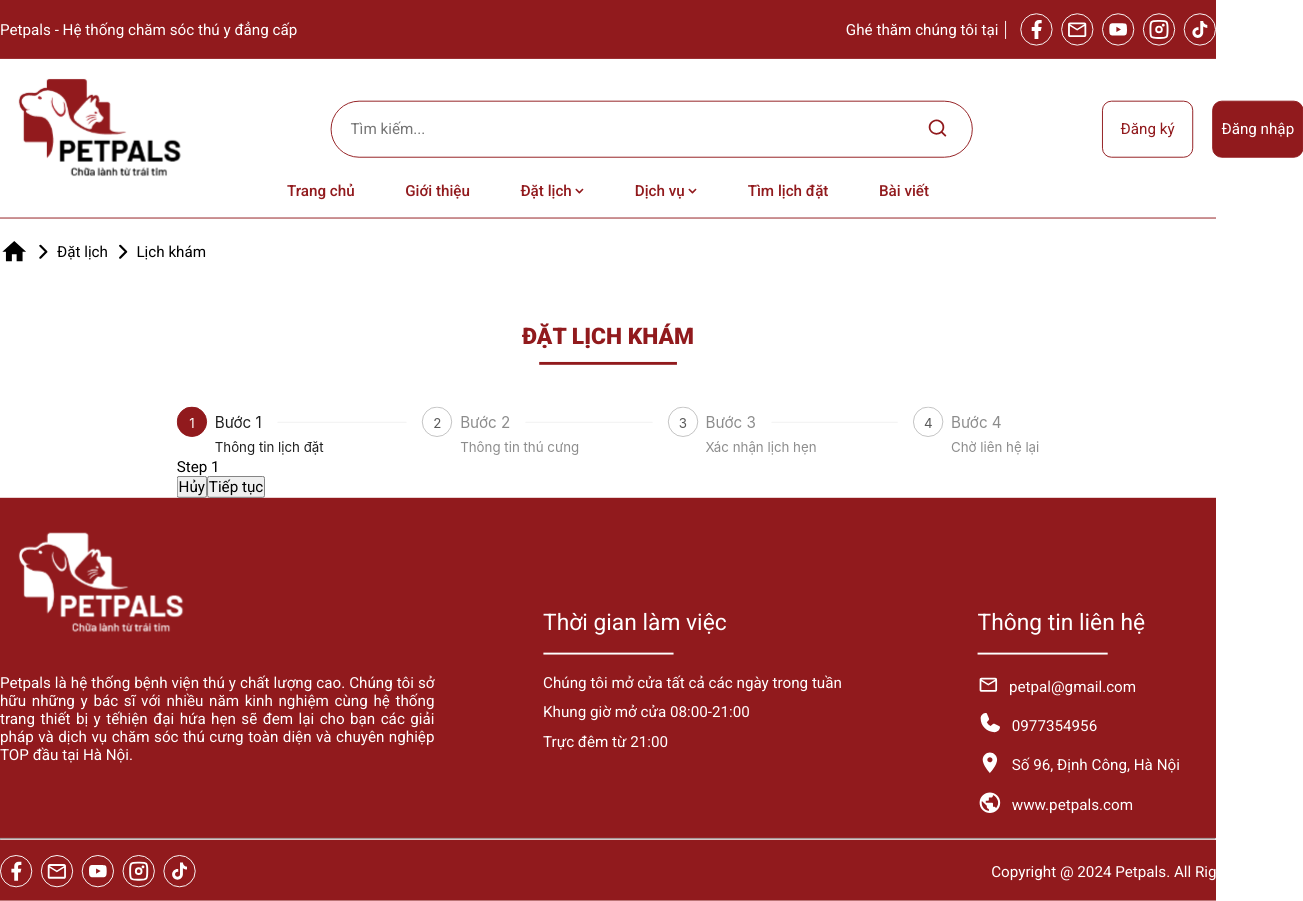
Repository: ahntrung1909/Petpals
Page: /dat-lich/kham-benh (app in petpals-user-main/)
The author's editor kept a copy of each file at every save. The page is drawn from the files as they stood at one save, then again after the next save.
The browser window is 1280 px wide. The page is 1372 px wide, so the pictures cover 1372 px, including what lies to the right of the window. The pictures show the whole page, at 95% of full size.
The project was rebuilt for these pictures with package versions that can differ from the ones it lists, and the page was loaded fresh each time. The framework's server and built-in components were replaced by stand-ins that run in the browser. Also part of the build but not shown: petpals-user-main/next.config.js, petpals-user-main/next.config.mjs.

Above is the page before, as saved 2024-04-10 19:51:43.

After the next save:
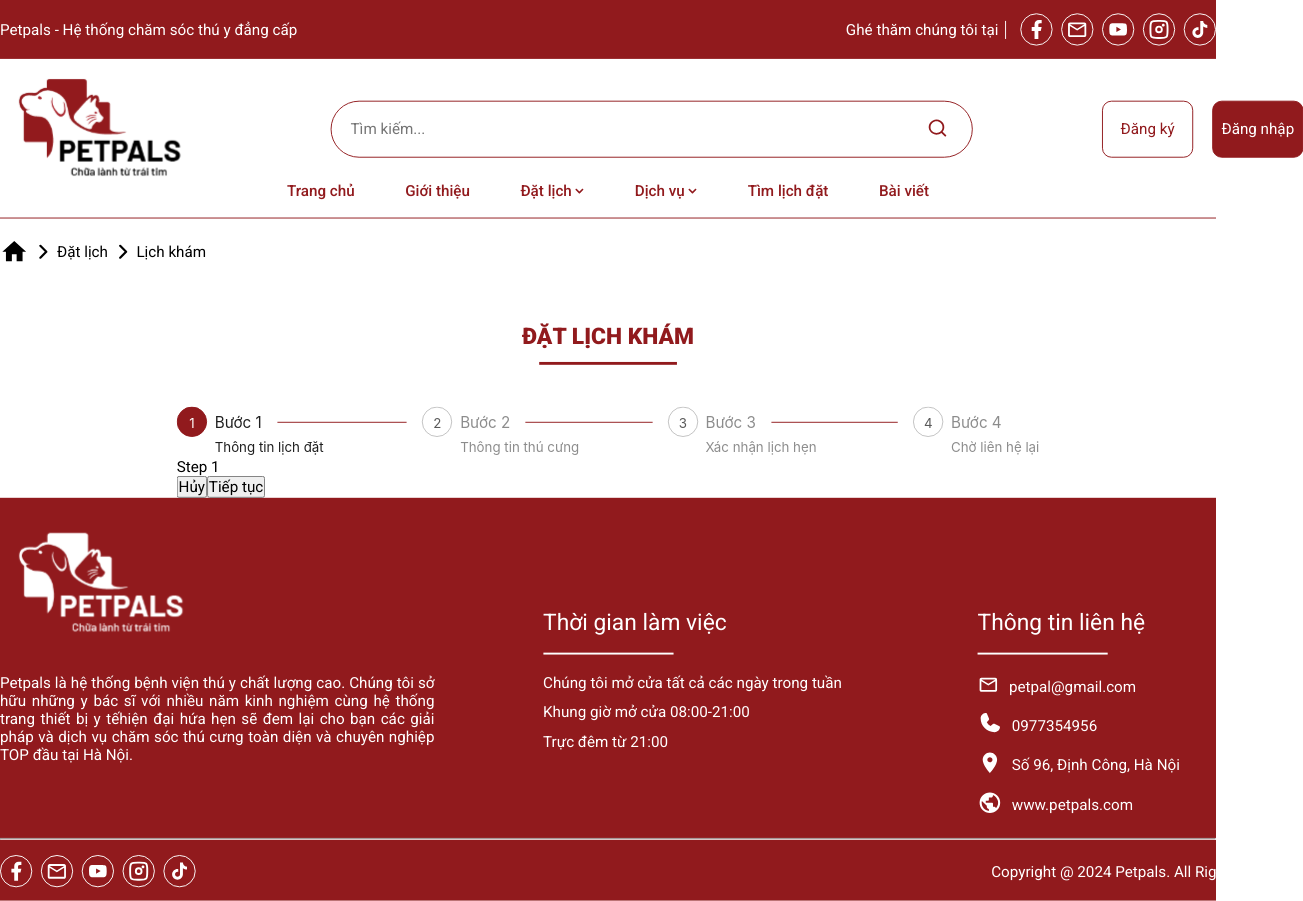
Saved 59 s later.
--- a/petpals-user-main/src/app/dat-lich/kham-benh/style.scss
+++ b/petpals-user-main/src/app/dat-lich/kham-benh/style.scss
@@ -20,6 +20,6 @@
     }
   }
   .ant-steps-item-title::after {
-    background-color: $BROWN_500;
+    background-color: $BROWN_500 !important;
   }
 }

After the save that followed:
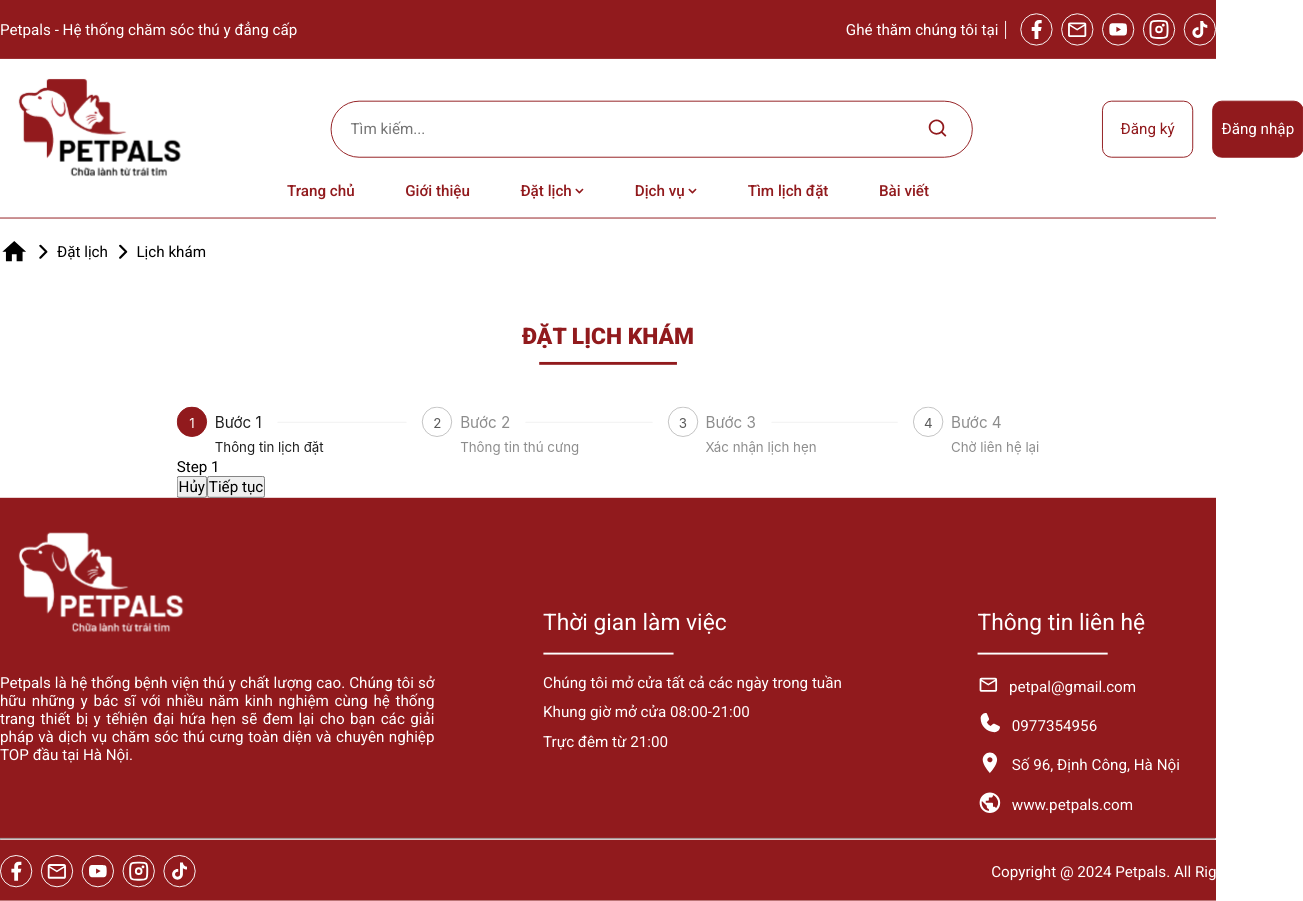
Saved 34 s later.
--- a/petpals-user-main/src/app/dat-lich/kham-benh/style.scss
+++ b/petpals-user-main/src/app/dat-lich/kham-benh/style.scss
@@ -19,7 +19,11 @@
       color: $BROWN_500;
     }
   }
-  .ant-steps-item-title::after {
+  .ant-steps
+    .ant-steps-item-finish
+    > .ant-steps-item-container
+    > .ant-steps-item-content
+    > .ant-steps-item-title::after {
     background-color: $BROWN_500 !important;
   }
 }
